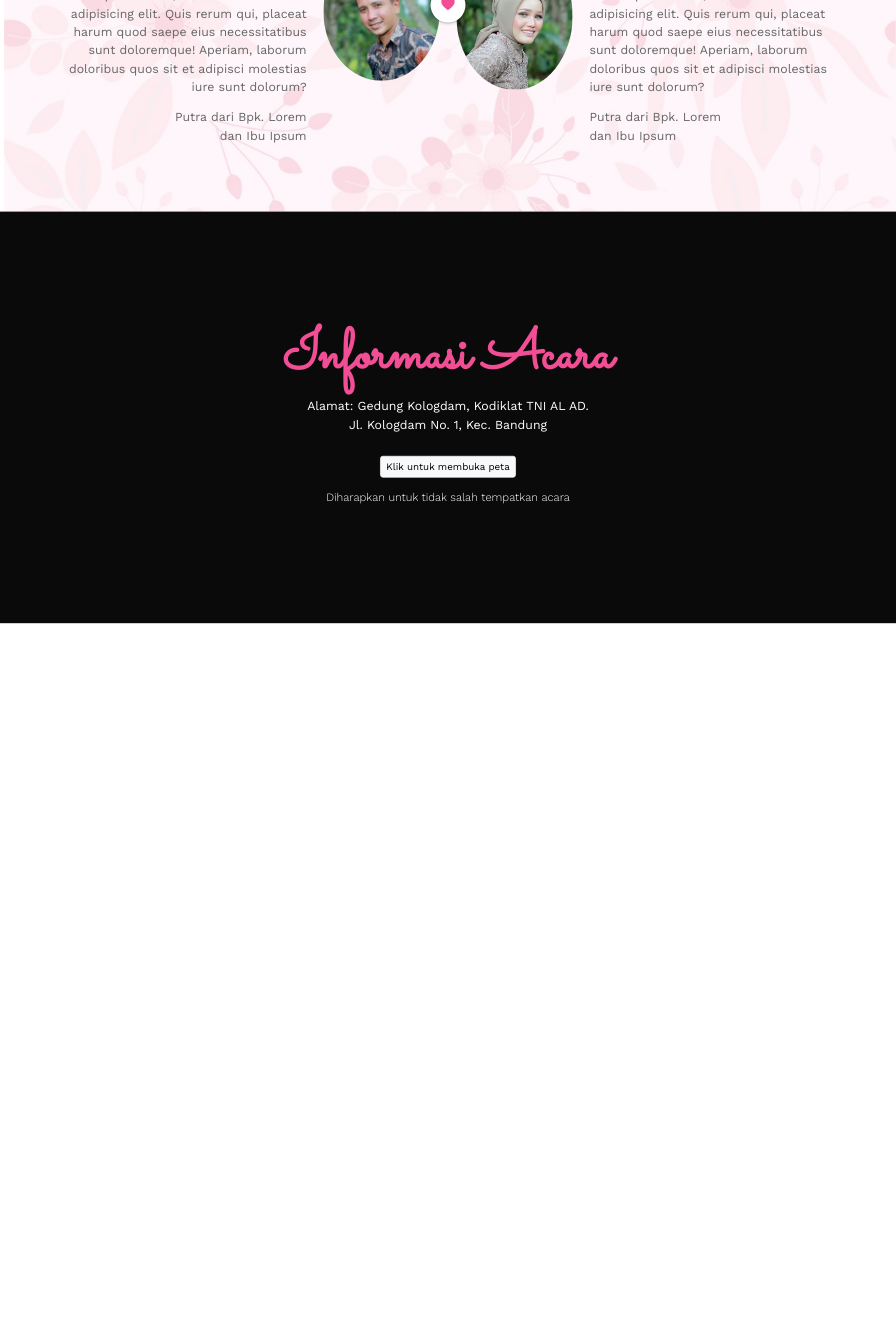
Repository: sellayspy/invitation
Page: index.html
These files come from the project's save history. The page is drawn as it stood at one moment and after the next save; the edit follows.
The browser window is 1280 px wide. The pictures show the part of the page from y = 1396 to 3316 px (the page is 4000 px tall), at 70% of full size.

Above is the page before, as saved 2024-07-08 16:50:54.

### index.html
<!DOCTYPE html>
<html lang="en">
  <head>
    <meta charset="utf-8" />
    <meta name="viewport" content="width=device-width, initial-scale=1" />
    <title>Dela & Roni</title>
    <link
      href="https://cdn.jsdelivr.net/npm/bootstrap@5.3.3/dist/css/bootstrap.min.css"
      rel="stylesheet"
      integrity="sha384-QWTKZyjpPEjISv5WaRU9OFeRpok6YctnYmDr5pNlyT2bRjXh0JMhjY6hW+ALEwIH"
      crossorigin="anonymous"
    />
    <link rel="preconnect" href="https://fonts.googleapis.com" />
    <link rel="preconnect" href="https://fonts.gstatic.com" crossorigin />
    <link
      href="https://fonts.googleapis.com/css2?family=Sacramento&family=Work+Sans:ital,wght@0,100..900;1,100..900&display=swap"
      rel="stylesheet"
    />

    <!--Simple Coutdown-->
    <link rel="stylesheet" href="coutdown/simplyCountdown.theme.default.css" />
    <script src="coutdown/simplyCountdown.min.js"></script>

    <!--Custom CSS Icon-->
    <link rel="stylesheet" href="https://cdn.jsdelivr.net/npm/bootstrap-icons@1.11.3/font/bootstrap-icons.min.css">

    <link rel="stylesheet" href="style.css" />
  </head>
  <body>
    <section
      id="hero"
      class="hero w-100 h-100 p-3 mx-auto text-center d-flex justify-content-center align-items-center text-white"
    >
      <main>
        <h4>Kepada Bapak/Ibu/Saudara/i,</h4>
        <h1>Dela Sri & Roni</h1>
        <p>Akan melangsungkan resepsi pernikahan dalam:</p>
        <div class="simply-countdown"></div>
        <a href="#undangan" class="btn btn-lg mt-4">Lihat Undangan</a>
      </main>
    </section>

    <nav class="navbar navbar-expand-md bg-transparent sticky-top mynavbar">
      <div class="container">
        <a class="navbar-brand" href="#">Spy</a>
        <button
          class="navbar-toggler border-0"
          type="button"
          data-bs-toggle="offcanvas"
          data-bs-target="#offcanvasNavbar"
          aria-controls="offcanvasNavbar"
          aria-label="Toggle navigation"
        >
          <span class="navbar-toggler-icon"></span>
        </button>
        <div
          class="offcanvas offcanvas-end"
          tabindex="-1"
          id="offcanvasNavbar"
          aria-labelledby="offcanvasNavbarLabel"
        >
          <div class="offcanvas-header">
            <h5 class="offcanvas-title" id="offcanvasNavbarLabel">Spy</h5>
            <button
              type="button"
              class="btn-close"
              data-bs-dismiss="offcanvas"
              aria-label="Close"
            ></button>
          </div>
          <div class="offcanvas-body">
            <div class="navbar-nav ms-auto">
              <a class="nav-link" href="#home">Home</a>
              <a class="nav-link" href="#info">Info</a>
              <a class="nav-link" href="#story">Story</a>
              <a class="nav-link" href="#gallery">Gallery</a>
              <a class="nav-link" href="#rsvp">RSVP</a>
              <a class="nav-link" href="#gift">Gifts</a>
            </div>
          </div>
        </div>
      </div>
    </nav>

    <section id="home" class="home">
      <div class="container">
        <div class="row justify-content-center">
          <div class="col-md-8 text-center">
            <h2>Acara Pernikahan</h2>
            <h3>
              Diselenggarakan pada 04 oktober 2024 di Tasikmalaya, Jawa Barat
            </h3>
            <p>
              Oleh karena itu, dengan segala hormat, kami bermaksud untuk
              mengundang Bapak/Ibu, Saudara/i, untuk hadir pada acara pernikahan
              kami.
            </p>
          </div>
        </div>

        <div class="row couple">
          <div class="col-lg-6">
            <div class="row">
              <div class="col-8 text-end">
                <h3>Roni Sahroni</h3>
                <p>
                  Lorem ipsum dolor, sit amet consectetur adipisicing elit. Quis
                  rerum qui, placeat harum quod saepe eius necessitatibus sunt
                  doloremque! Aperiam, laborum doloribus quos sit et adipisci
                  molestias iure sunt dolorum?
                </p>
                <p>
                  Putra dari Bpk. Lorem <br />
                  dan Ibu Ipsum
                </p>
              </div>
              <div class="col-4">
                <img
                  src="img/Desain tanpa judul (1).jpg"
                  alt="Roni Sahroni"
                  class="img-responsive rounded-circle"
                />
              </div>
            </div>
          </div>

          <span class="heart"><i class="bi bi-heart-fill"></i></span>

          <div class="col-lg-6">
            <div class="row">
              <div class="col-4">
                <img
                  src="img/Desain tanpa judul (2).jpg"
                  alt="Dela Sri"
                  class="img-responsive rounded-circle"
                />
              </div>
              <div class="col-8">
                <h3>Dela Sri</h3>
                </h3>
                <p>
                  Lorem ipsum dolor, sit amet consectetur adipisicing elit. Quis
                  rerum qui, placeat harum quod saepe eius necessitatibus sunt
                  doloremque! Aperiam, laborum doloribus quos sit et adipisci
                  molestias iure sunt dolorum?
                </p>
                <p>
                  Putra dari Bpk. Lorem <br />
                  dan Ibu Ipsum
                </p>
              </div>
            </div>
          </div>
        </div>
      </div>
    </section>

    <section id="info" class="info">
      <div class="container">
        <div class="row justify-content-center">
          <div class="col-md-8 col-10 text-center">
            <h2>Informasi Acara</h2>
            <p class="alamat">Alamat: Gedung Kologdam, Kodiklat TNI AL AD. <br> Jl. Kologdam No. 1, Kec. Bandung</p>
            <a href="https://maps.app.goo.gl/j2RVmCKoAZy6CYFM9" target="_blank" class="btn btn-light btn-sm my-3">Klik untuk membuka peta</a>
            <p class="description">Diharapkan untuk tidak salah tempatkan acara</p>
          </div>
        </div>

        <div class="row justify-content-center mt-4">
          <div class="col-md-5 col-10">

          </div>
        </div>
      </div>
    </section>

    <script
      src="https://cdn.jsdelivr.net/npm/bootstrap@5.3.3/dist/js/bootstrap.bundle.min.js"
      integrity="sha384-YvpcrYf0tY3lHB60NNkmXc5s9fDVZLESaAA55NDzOxhy9GkcIdslK1eN7N6jIeHz"
      crossorigin="anonymous"
    ></script>

    <script>
      simplyCountdown(".simply-countdown", {
        year: 2024, // required
        month: 10, // required
        day: 4, // required
        hours: 8, // Default is 0 [0-23] integer
        words: {
          //words displayed into the countdown
          days: { singular: "hari", plural: "hari" },
          hours: { singular: "jam", plural: "jam" },
          minutes: { singular: "menit", plural: "menit" },
          seconds: { singular: "detik", plural: "detik" },
        },
      });
    </script>
  </body>
</html>

### coutdown/simplyCountdown.theme.default.css
.simply-countdown {
  overflow: hidden;
  display: table;
  font-family: "Arial", sans-serif;
  margin: auto;
}
.simply-countdown > .simply-section {
  width: 50px;
  height: 50px;
  padding: 80px;
  display: flex;
  align-items: center;
  justify-content: center;
  float: left;
  margin: 10px;
  background: var(--pink);
  box-shadow: 0 1px 3px rgba(0, 0, 0, 0.12), 0 1px 2px rgba(0, 0, 0, 0.24);
  border-radius: 50%;
}
.simply-countdown > .simply-section .simply-amount,
.simply-countdown > .simply-section .simply-word {
  display: block;
  text-align: center;
}
.simply-countdown > .simply-section .simply-amount {
  font-size: 1.6rem;
}

### style.css
:root {
  --pink: #f14e95;

  --bg: #0a0a0a;

  --shadow: 0 2px 2px rgb(0 0 0/ 0.5);
}

body {
  font-size: 1.2rem;
  font-family: "Work Sans", sans-serif;
  min-height: 4000px;
}

.hero::before {
  content: "";
  position: absolute;
  top: 0;
  left: 0;
  height: 100%;
  width: 100%;
  background-image: url(img/gambar-1.jpg);
  background-size: cover;
  background-position: center;
  z-index: -1;
  filter: blur(1px);
}

.hero {
  position: relative;
  min-height: 100vh;
}

.hero h1,
.hero h4,
.hero p {
  text-shadow: var(--shadow);
}

.hero h1 {
  font-family: "Sacramento", cursive;
  font-size: 6rem;
}

.hero h4 {
  font-size: 1.6rem;
}

.hero p {
  font-size: 1.4rem;
}

.hero a {
  color: var(--pink);

  background-color: white;

  box-shadow: var(--shadow);
}

.hero a:hover {
  background-color: var(--pink);
  color: white;
}

.mynavbar {
  background-color: rgba(255, 255, 255, 0.4) !important;
  backdrop-filter: blur(4px);
}

.mynavbar .offcanvas {
  height: 100vh;
}

.mynavbar .navbar-brand,
.mynavbar .offcanvas-title {
  font-family: "Sacramento", cursive;
  font-size: 3.2rem;
  font-weight: bold;
}

.mynavbar .nav-link {
  text-transform: uppercase;
}

.home {
  background-image: url(img/Desain\ tanpa\ judul.png);
  background-size: cover;
  min-height: 100vh;
  margin-top: -6rem;
  padding-top: 15rem;
  padding-bottom: 5rem;
}

.home h2,
.info h2 {
  color: var(--pink);
  font-family: "Sacramento", cursive;
  font-size: 5rem;
  font-weight: bold;
}

.home h3 {
  color: #444;
  font-size: 1.5rem;
  margin-bottom: 1rem;
}

.home p {
  font-size: 1.1rem;
  color: #666;
}

.home .couple {
  margin-top: 100px;
}

.home .couple h3 {
  font-family: "Sacramento";
  font-size: 2.4rem;
  color: var(--pink);
}

.home .couple img {
  width: 100%;
}

.home .heart {
  width: 50px;
  height: 50px;
  background-color: white;
  display: flex;
  border-radius: 50%;
  box-shadow: 0 0 5px rgba(0, 0, 0, 0.5);
  position: absolute;
  left: 50%;
  transform: translateX(-50%) translateY(65px);
}

.home .heart i {
  margin: auto;
  color: var(--pink);
}

.info {
  background-color: var(--bg);
  color: white;
  padding-top: 10rem;
  padding-bottom: 8rem;
}

.info .alamat {
  font-size: 1.1rem;
}

.info .description {
  font-size: 1rem;
  font-weight: 300;
}

/* Media Query */

/* Extra large devices (large laptops and desktops, 1200px and up) */

@media (max-width: 1200px) {
  .home .heart {
    transform: translateX(-50%) translateY(45px);
  }
}

/* Laptop */
@media (max-width: 992px) {
  html {
    font-size: 75%;
  }
  .simply-countdown > .simply-section {
    padding: 70px;
  }

  .home .heart {
    display: none;
  }
}

/* Tablet */
@media (max-width: 768px) {
  html {
    font-size: 65%;
  }
  .simply-countdown > .simply-section {
    padding: 60px;
    margin: 5px;
  }

  .mynavbar .nav-link {
    font-size: 2rem;
    text-align: center;
  }
}

/* mobile phone */
@media (max-width: 576px) {
  html {
    font-size: 55%;
  }
  .simply-countdown > .simply-section {
    padding: 45px;
    margin: 3px;
  }
}

Loaded but not shown: coutdown/simplyCountdown.min.js (library)

After the next save:
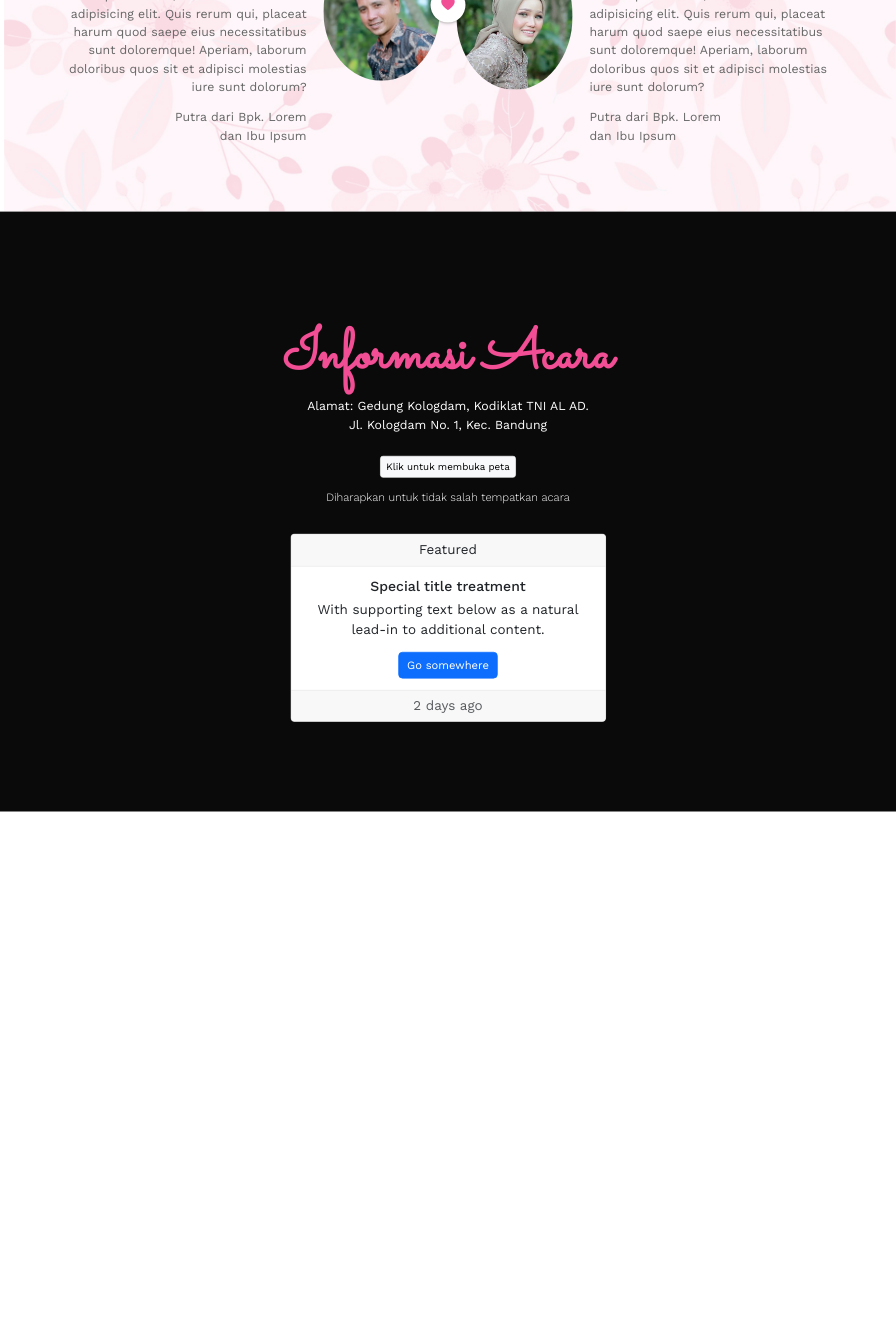
Saved 53 s later.
--- a/index.html
+++ b/index.html
@@ -168,7 +168,19 @@
 
         <div class="row justify-content-center mt-4">
           <div class="col-md-5 col-10">
-
+            <div class="card text-center">
+  <div class="card-header">
+    Featured
+  </div>
+  <div class="card-body">
+    <h5 class="card-title">Special title treatment</h5>
+    <p class="card-text">With supporting text below as a natural lead-in to additional content.</p>
+    <a href="#" class="btn btn-primary">Go somewhere</a>
+  </div>
+  <div class="card-footer text-body-secondary">
+    2 days ago
+  </div>
+</div>
           </div>
         </div>
       </div>

After the save that followed:
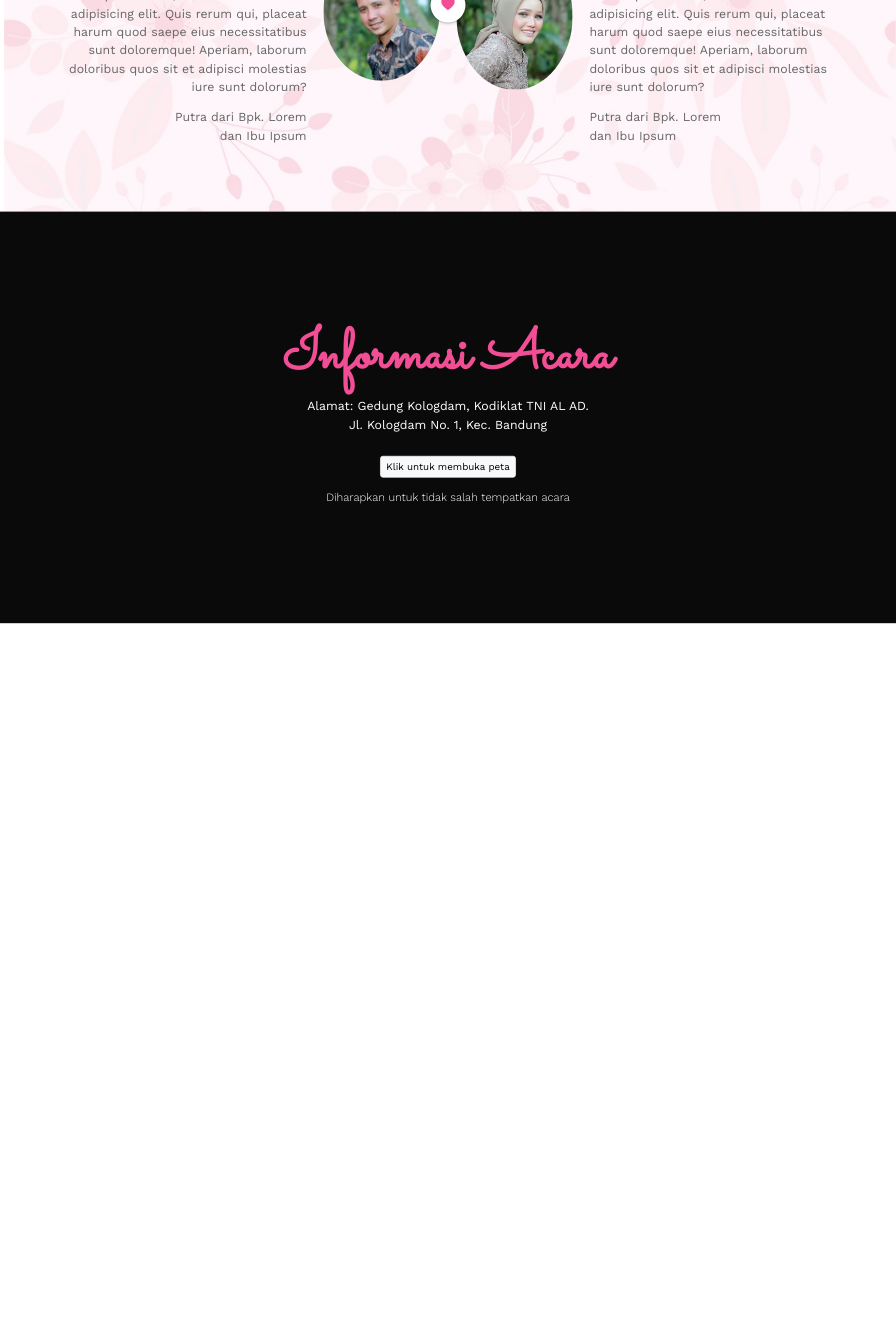
Saved 29 s later.
--- a/index.html
+++ b/index.html
@@ -168,19 +168,7 @@
 
         <div class="row justify-content-center mt-4">
           <div class="col-md-5 col-10">
-            <div class="card text-center">
-  <div class="card-header">
-    Featured
-  </div>
-  <div class="card-body">
-    <h5 class="card-title">Special title treatment</h5>
-    <p class="card-text">With supporting text below as a natural lead-in to additional content.</p>
-    <a href="#" class="btn btn-primary">Go somewhere</a>
-  </div>
-  <div class="card-footer text-body-secondary">
-    2 days ago
-  </div>
-</div>
+
           </div>
         </div>
       </div>
